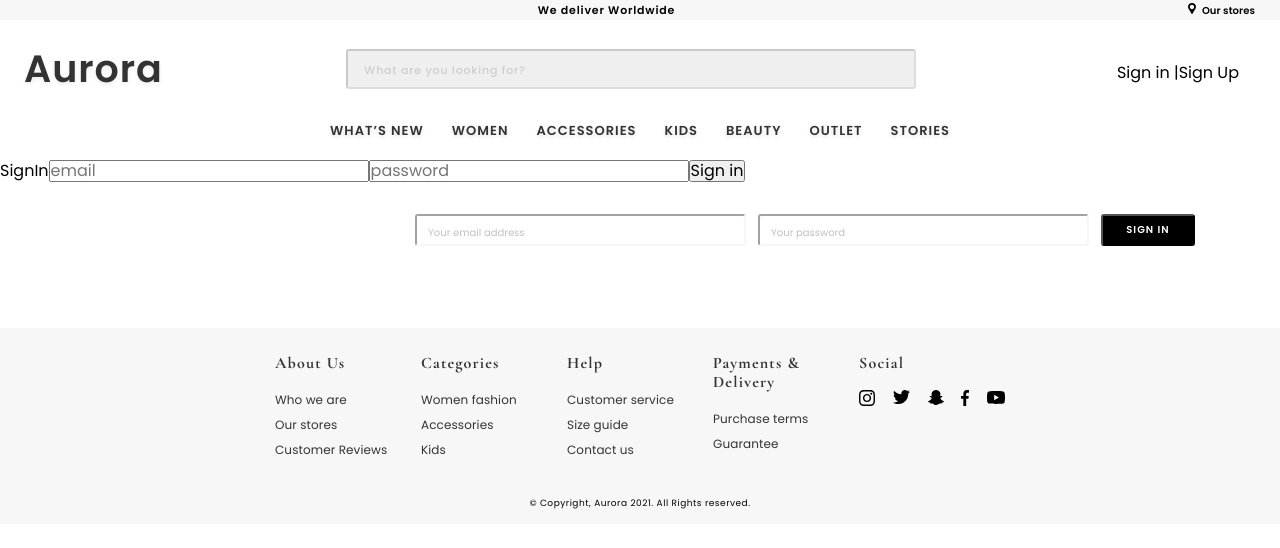
Repository: YuraKrvz/aurora-react-redux-toolkit-firebase
Page: /signIn
An editor plug-in stored every save of this project. The page is shown before and after the next save, followed by the edit.
The browser window is 1280 px wide. The pictures show the whole page.
The project was rebuilt for these pictures with package versions that can differ from the ones it lists, and the page was loaded fresh each time. Also part of the build but not shown: src/components/MainSection/MainSection.jsx, src/pages/HomeGuest.jsx, src/pages/HomeUser.jsx, src/pages/SignUp.jsx.

Above is the page before, as saved 2021-11-29 13:10:13.

After the next save:
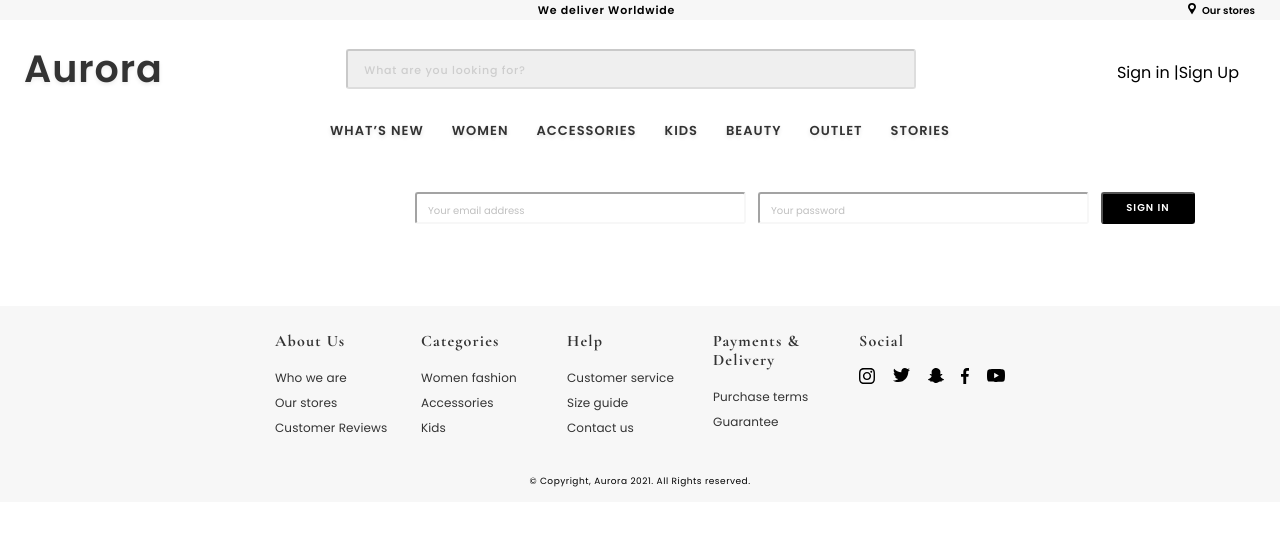
Saved 109 s later.
--- a/src/pages/SignIn.jsx
+++ b/src/pages/SignIn.jsx
@@ -29,17 +29,12 @@ const SignIn = () => {
 
    return (
       <div>
-         SignIn
-         <input ref={emailRef} placeholder='email' />
-         <input ref={passwordRef} placeholder='password' />
-         <button onClick={handler} >Sign in</button>
-
          <div className={s.section_register_field}>
-         <label className={s.input_wrap}>
-            <input className={s.section_register_input} type="email" placeholder='Your email address' />
-            <input className={s.section_register_input} type="password" placeholder='Your password' />
-            <button className={s.section_register_btn} >Sign In</button>
-         </label>
+            <label className={s.input_wrap}>
+               <input className={s.section_register_input} ref={emailRef} type="email" placeholder='Your email address' />
+               <input className={s.section_register_input} ref={passwordRef} type="password" placeholder='Your password' />
+               <button className={s.section_register_btn} onClick={handler} >Sign In</button>
+            </label>
          </div>
       </div>
    )
